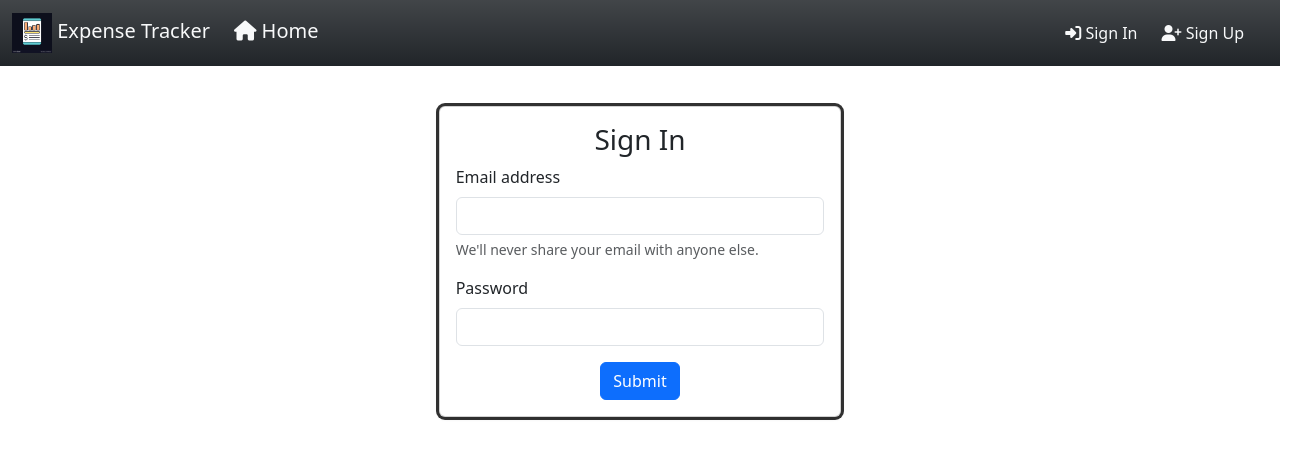
Repository: Gaurav560/OnlineExpenseTracker
Page: http://localhost/Online_Expense_Tracker/login.jsp
The author's editor kept a copy of each file at every save. The page is drawn from the files as they stood at one save, then again after the next save.
The browser window is 1280 px wide. The page is 1292 px wide, so the pictures cover 1292 px, including what lies to the right of the window. The pictures show the whole page.
The page is served by Tomcat 9. Other server files are loaded and not shown.

Above is the page before, as saved 2023-05-04 15:05:29.

### Online_Expense_Tracker/src/main/webapp/login.jsp
<%@ page language="java" contentType="text/html; charset=ISO-8859-1"
	pageEncoding="ISO-8859-1"%>
<!DOCTYPE html>
<html>
<head>
<meta charset="ISO-8859-1">
<title>Login Page</title>
<%@include file="component/all_css.jsp"%>
</head>
<style>

</style>
<body>
	<!-- NAVBAR starts here -->
	<%@include file="component/navbar.jsp"%>
	<!-- NAVBAR ends here  -->

	<div class="contaier">
		<div class="row">
			<div class="col-md-4 offset-md-4 p-3 ">
				<div class="card mt-4"
					style="box-shadow: rgba(0, 0, 0, 0.16) 0px 1px 4px, rgb(51, 51, 51) 0px 0px 0px 3px;">
					<div class="card-body">
						<h3 class="card-title text-center">Sign In</h3>

						<form>



							<div class="mb-3">
								<label for="exampleInputEmail1" class="form-label">Email
									address</label> <input type="email" class="form-control"
									id="exampleInputEmail1" aria-describedby="emailHelp">
								<div id="emailHelp" class="form-text">We'll never share
									your email with anyone else.</div>
							</div>


							<div class="mb-3">
								<label for="exampleInputPassword1" class="form-label">Password</label>
								<input type="password" class="form-control"
									id="exampleInputPassword1">
							</div>
							<div class="text-center">

								<button type="submit" class="btn btn-primary">Submit</button>
							</div>

						</form>


					</div>
				</div>






			</div>







		</div>

	</div>



</body>
</html>

### Online_Expense_Tracker/src/main/webapp/component/all_css.jsp
<!--css cdn   -->
<link
	href="https://cdn.jsdelivr.net/npm/bootstrap@5.3.0-alpha3/dist/css/bootstrap.min.css"
	rel="stylesheet"
	integrity="sha384-KK94CHFLLe+nY2dmCWGMq91rCGa5gtU4mk92HdvYe+M/SXH301p5ILy+dN9+nJOZ"
	crossorigin="anonymous">



<!-- font awesome cdn  -->

<link rel="stylesheet"
	href="https://cdnjs.cloudflare.com/ajax/libs/font-awesome/6.4.0/css/all.min.css"
	integrity="sha512-iecdLmaskl7CVkqkXNQ/ZH/XLlvWZOJyj7Yy7tcenmpD1ypASozpmT/E0iPtmFIB46ZmdtAc9eNBvH0H/ZpiBw=="
	crossorigin="anonymous" referrerpolicy="no-referrer" />



<!--  js cdn -->
	<script
		src="https://cdn.jsdelivr.net/npm/bootstrap@5.3.0-alpha3/dist/js/bootstrap.bundle.min.js"
		integrity="sha384-ENjdO4Dr2bkBIFxQpeoTz1HIcje39Wm4jDKdf19U8gI4ddQ3GYNS7NTKfAdVQSZe"
		crossorigin="anonymous"></script>

### Online_Expense_Tracker/src/main/webapp/component/navbar.jsp
<!--Navbar starts here  -->


	<nav class="navbar navbar-expand-lg bg-dark  bg-gradient">
		<div class="container-fluid">
			<a class="navbar-brand text-light" href="#"><img
				src="img/expenseTracker.jpg" style="height: 40px; width: 40px;">
				Expense Tracker</a>
			<button class="navbar-toggler" type="button"
				data-bs-toggle="collapse" data-bs-target="#navbarSupportedContent"
				aria-controls="navbarSupportedContent" aria-expanded="false"
				aria-label="Toggle navigation">
				<span class="navbar-toggler-icon"></span>
			</button>
			<div class="collapse navbar-collapse" id="navbarSupportedContent">

				<ul class="navbar-nav me-auto mb-2 mb-lg-0">
					<li class="nav-item"><a class="nav-link active text-light fs-5 mb-1"
						aria-current="page" href="index.jsp"><i class="fa-solid fa-house"></i>
							Home</a></li>

				</ul>


				<ul class="navbar-nav ms-auto mb-2 mb-lg-0 me-3">

					<li class="nav-item me-2"><a class="nav-link active text-light"
						href="login.jsp"><i class="fa-solid fa-right-to-bracket"></i> Sign In</a></li>


					<li class="nav-item "><a class="nav-link active text-light "
						href="register.jsp"><i class="fa-solid fa-user-plus"></i> Sign Up</a></li>

				</ul>


			</div>
		</div>
	</nav>
	<!-- Navbar ends here  -->

After the next save:
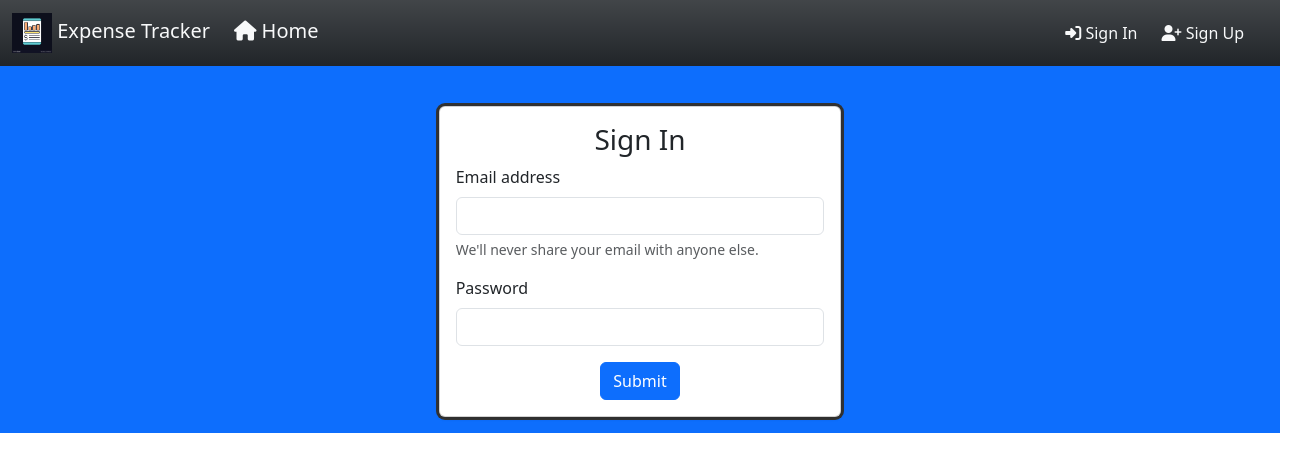
Saved 55 s later.
--- a/Online_Expense_Tracker/src/main/webapp/login.jsp
+++ b/Online_Expense_Tracker/src/main/webapp/login.jsp
@@ -15,7 +15,7 @@
 	<%@include file="component/navbar.jsp"%>
 	<!-- NAVBAR ends here  -->
 
-	<div class="contaier">
+	<div class="contaier bg-primary">
 		<div class="row">
 			<div class="col-md-4 offset-md-4 p-3 ">
 				<div class="card mt-4"
